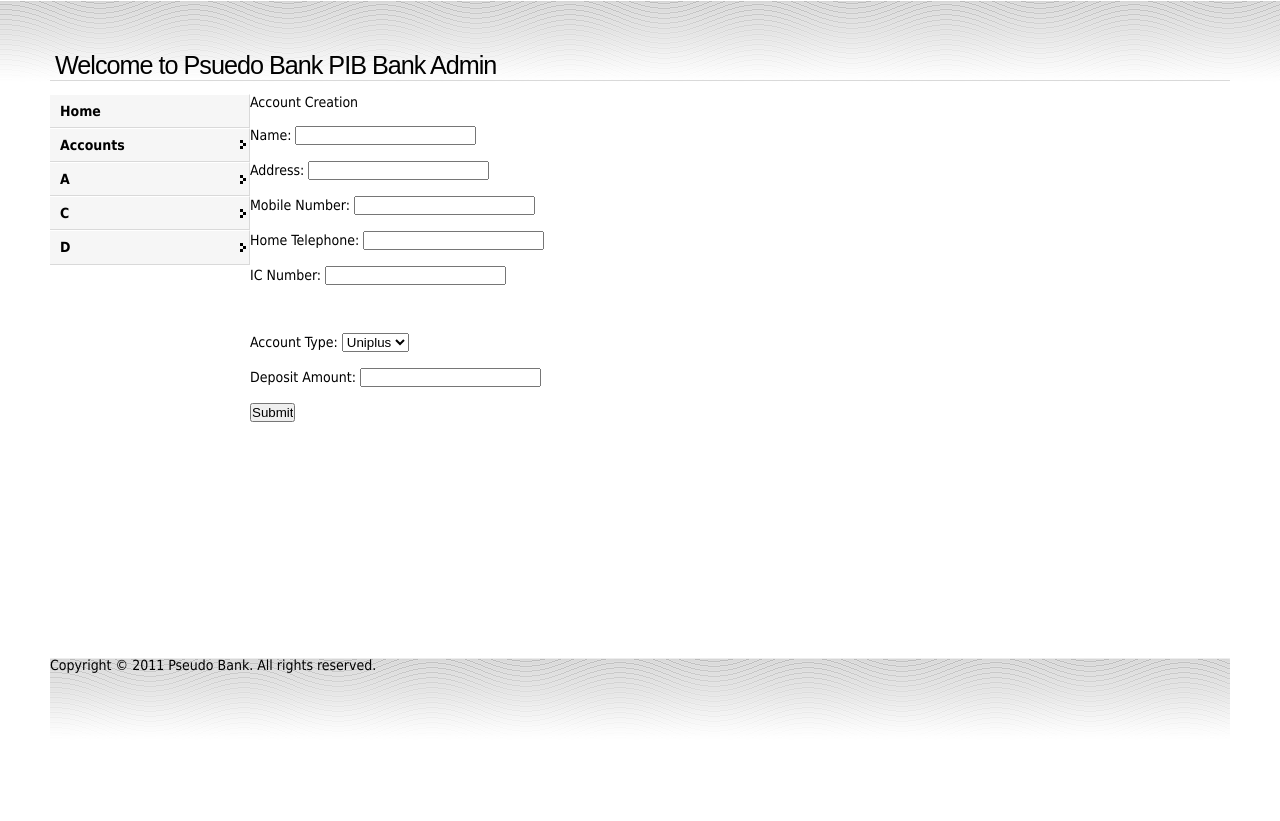
Repository: hareth12/Final-Year-Project
Page: http://localhost/bankAdmin/Account/accountCreation1FieldEmpty.jsp
An editor plug-in stored every save of this project. The page is shown before and after the next save, followed by the edit.
The browser window is 1280 px wide. The pictures show the whole page.
The page is served by Tomcat 9.

Above is the page before, as saved 2011-09-30 03:02:08.

After the next save:
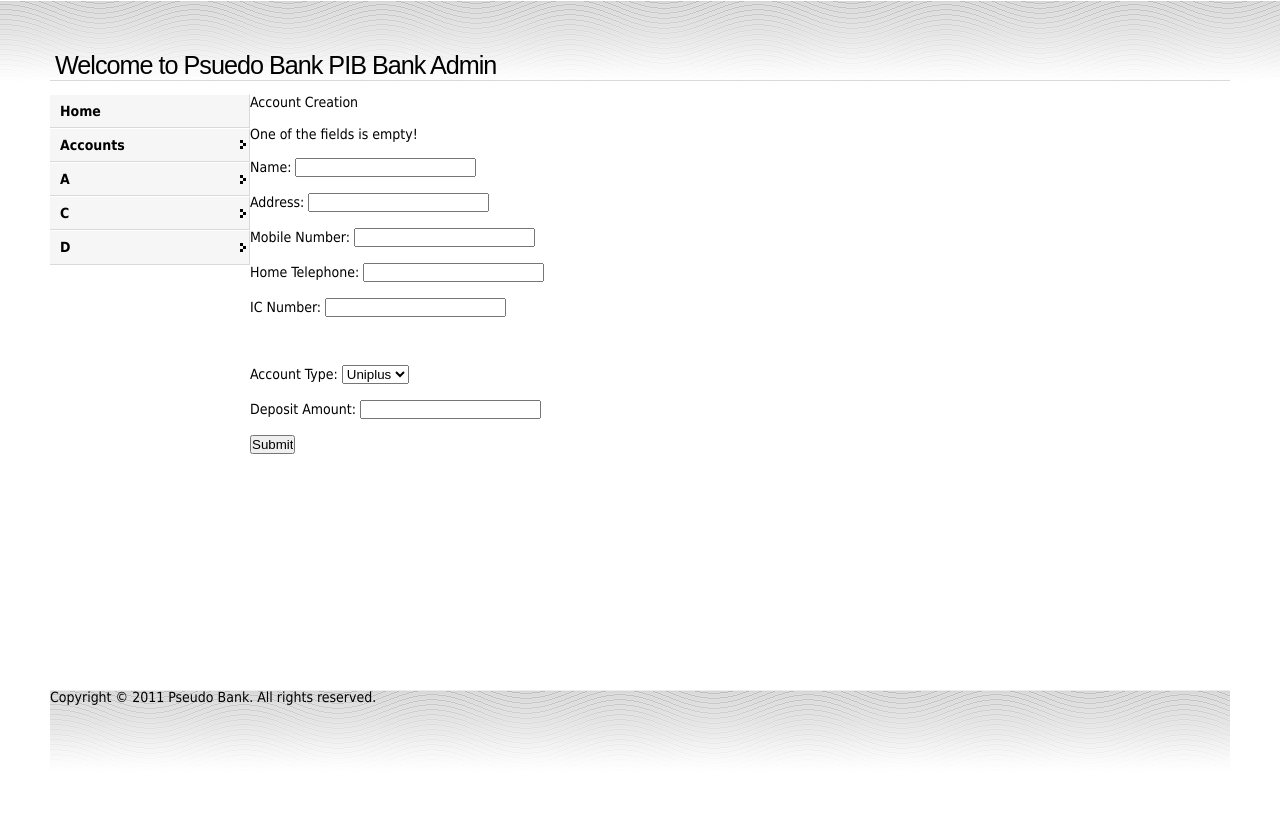
Saved 32 s later.
--- a/bankAdmin/WebContent/Account/accountCreation1FieldEmpty.jsp
+++ b/bankAdmin/WebContent/Account/accountCreation1FieldEmpty.jsp
@@ -64,7 +64,8 @@
 	<div id="main">
 	Account Creation
 	<br></br>
-
+	One of the fields is empty!
+	<br></br>
 		<form name="input" action="/bankAdmin/AccountCreation2" method="post">
 		Name: <input type="text" name="name" />  <br></br>
 		Address: <input type="text" name="address" /> <br></br>
